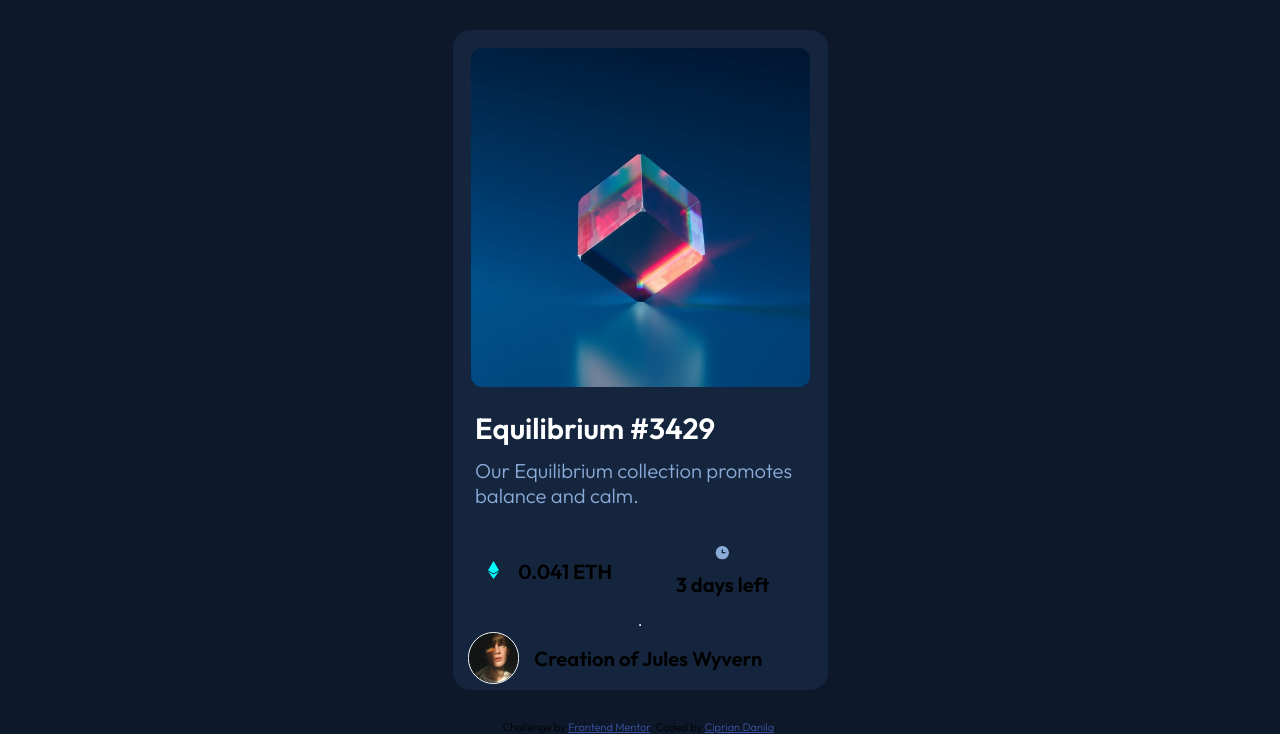
Repository: cipdanila/NFT-preview-card-component
Page: index.html
These files come from the project's save history. The page is drawn as it stood at one moment and after the next save; the edit follows.
The browser window is 1280 px wide. The pictures show the whole page.

Above is the page before, as saved 2024-01-31 16:32:43.

After the next save:
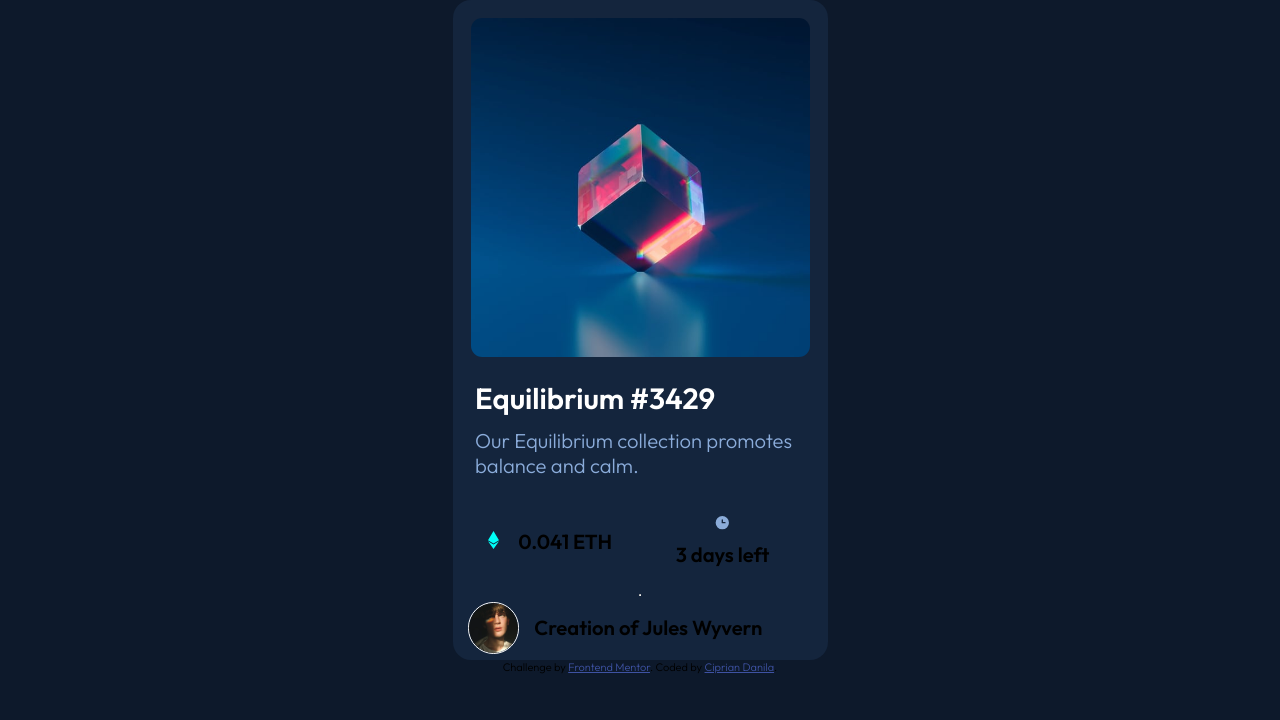
Saved 2 min 43 s later.
--- a/style.css
+++ b/style.css
@@ -30,7 +30,7 @@
     display: flex;
     justify-content: center;
     align-items: center;
-    height: 100%;
+    /* height: 100%; */
 }
 
 .card {
